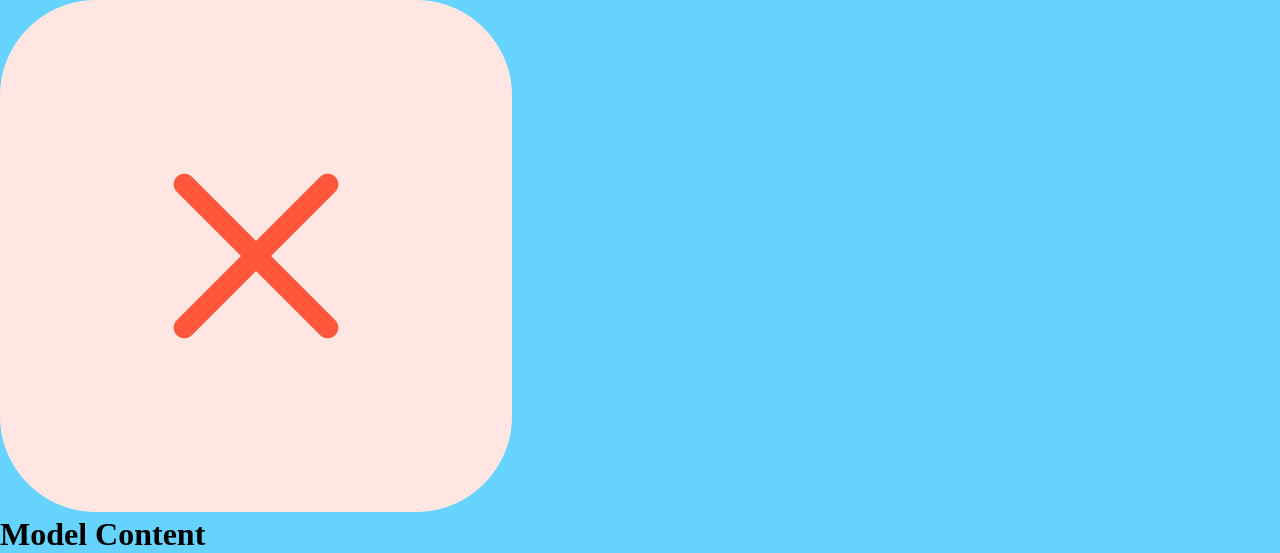
Repository: Trapti10/20-js-practice-projects-in-7-days-challenge
Page: Project_4_Modal_Project/index.html
An editor plug-in stored every save of this project. The page is shown before and after a run of saves, followed by the edit.
The browser window is 1280 px wide. The pictures show the part of the page from y = 720 to 1273 px (the page is 1273 px tall).

Above is the page before, as saved 2025-11-24 10:52:12.

After the next 8 saves:
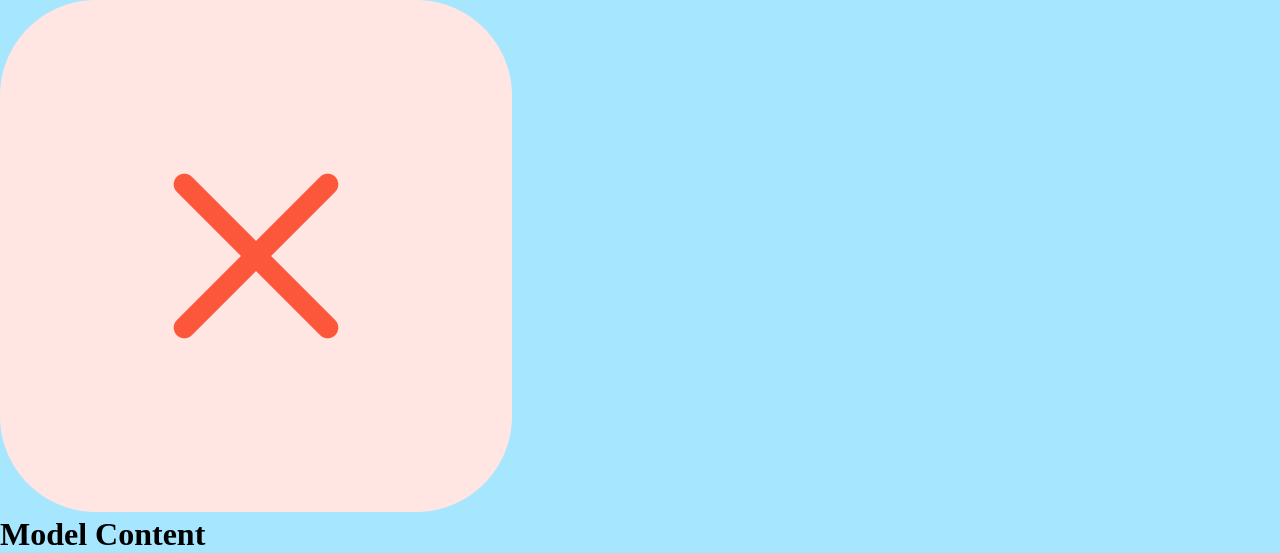
The 8 saves are shown as one change because they came seconds apart.
The last was saved 19 s later.
--- a/Project_4_Modal_Project/style.css
+++ b/Project_4_Modal_Project/style.css
@@ -53,5 +53,5 @@ button:hover{
 }
 
 .modal-overlay{
-    background: rgb(101, 211, 254);
+    background: rgb(167, 230, 255);
 }
